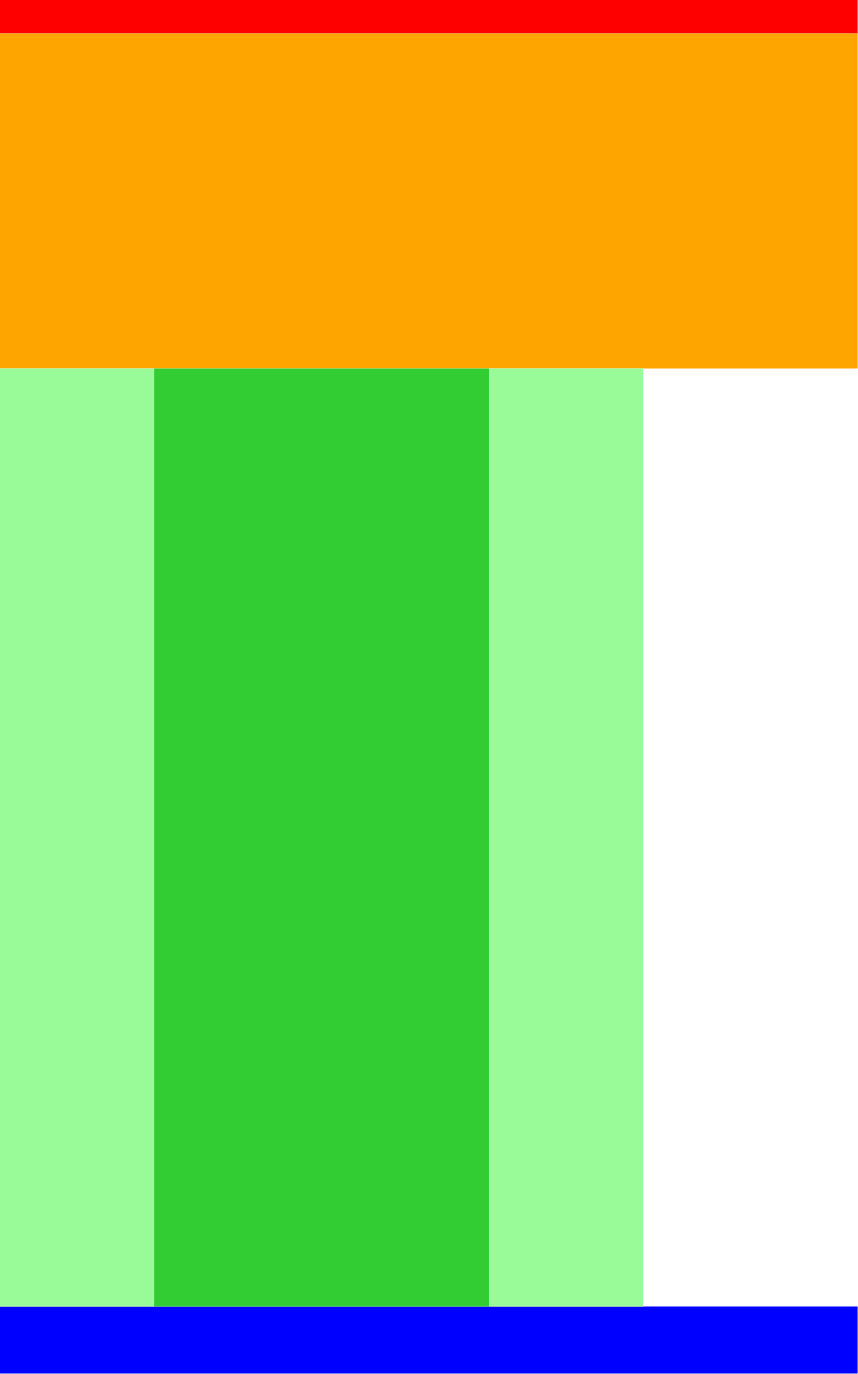
Repository: kawasemi70/1-3
Page: 1-4/1-4.html
The author's editor kept a record of every edit. The page is drawn from the files as they stood at one moment, then again after the next edit.
The browser window is 1280 px wide. The pictures show the whole page, at 67% of full size.

Above is the page before.

### 1-4/1-4.html
<!DOCTYPE html>
<html lang="ja">
  <head>
    <meta charset="utf-8"/>
    <link rel="stylesheet" href="1-4.css"/>
    <title>1-4</title>
  </head>

  <body>
    <div class="header"></div>

    <div class="main-visual"></div>

    <div class="main">

      <div class="sidebar-right"></div>

      <div class="blog"></div>

      <div class="sidebar-left"></div>
    </div>

    <div class="footer"></div>

  </body>

</html>

### 1-4/1-4.css
* {
  margin: 0;
  padding: 0;
  box-sizing: border-box;
}

.header {
  width: 100%;
  height: 50px;
  background-color: red;
}

.main-visual {
  width: 100%;
  height: 500px;
  background-color: orange;
}

.main {
  width: 960px;
  display: flex;
  justify-content: center;
  margin: 0;
}
.sidebar-right {
  width:230px;
  height:1400px;
  background-color:palegreen;
}
.blog {
  width: 500px;
  height: 1400px;
  background-color:limegreen;
}
.sidebar-left {
  width:230px;
  height: 1400px;
  background-color:palegreen;

}

.footer {
  width: 100%;
  height: 100px;
  background-color:blue;
}

After the next edit:
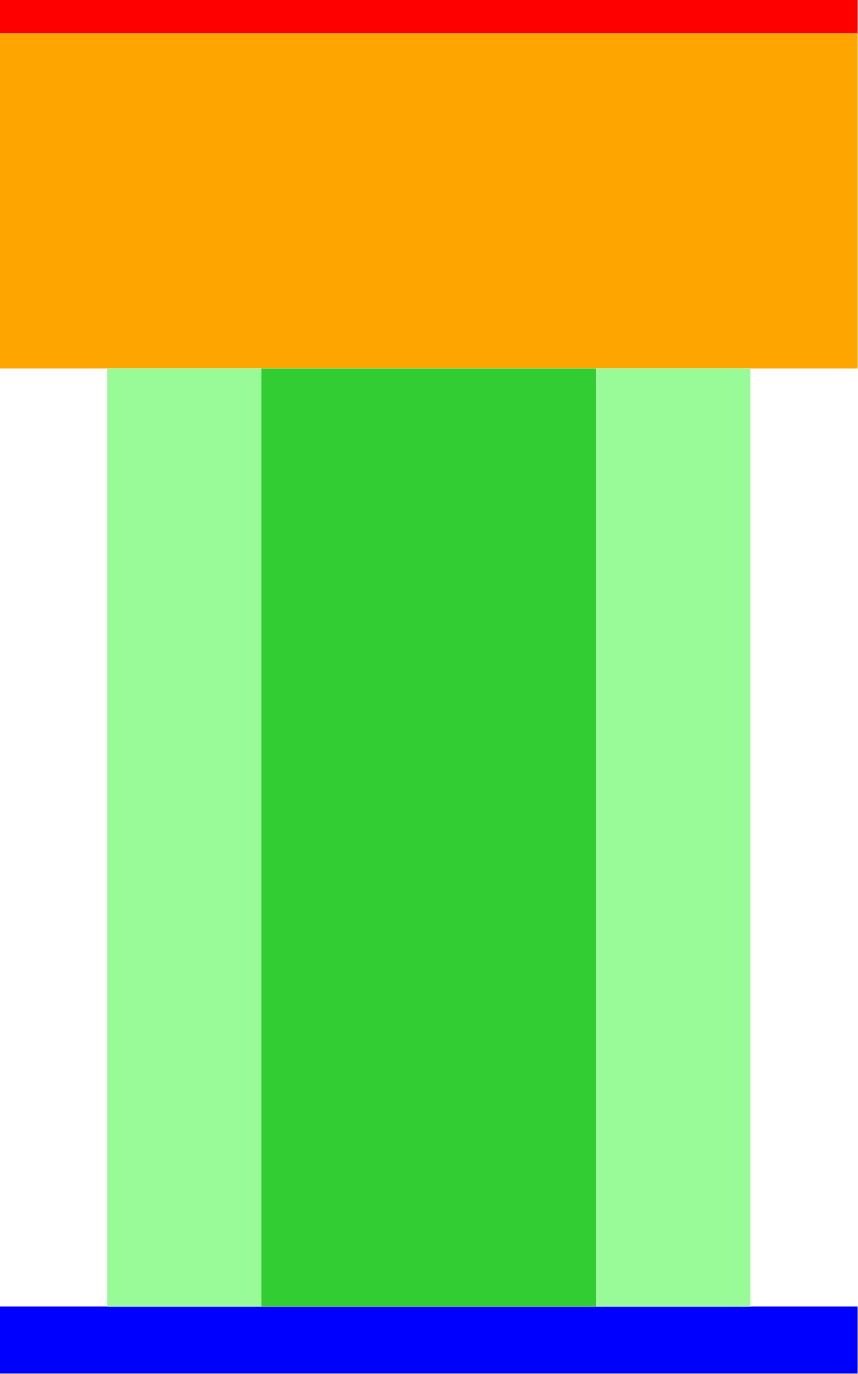
The edit:
--- a/1-4/1-4.css
+++ b/1-4/1-4.css
@@ -20,7 +20,7 @@
   width: 960px;
   display: flex;
   justify-content: center;
-  margin: 0;
+  margin: 0 auto;
 }
 .sidebar-right {
   width:230px;
